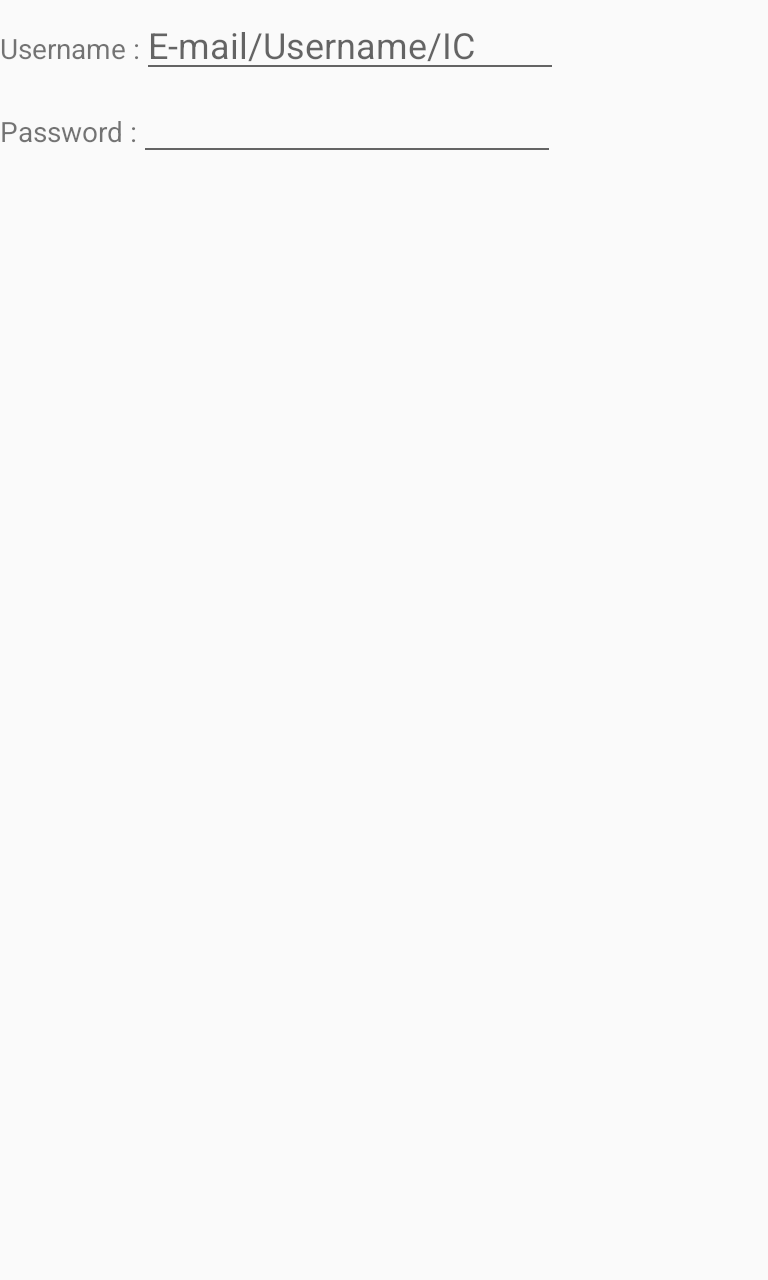
Repository: JodyCoolit/android
Layout: Delivery/res/layout/activity_signup.xml
These files come from the project's save history. The layout is drawn as it stood at one moment and after the next save; the edit follows.
It is drawn on a 768 x 1280 px phone screen (xhdpi) without system bars, with theme AppTheme; the app's code is not run.

Above is the layout before, as saved 2014-08-22 01:52:11.

After the next save:
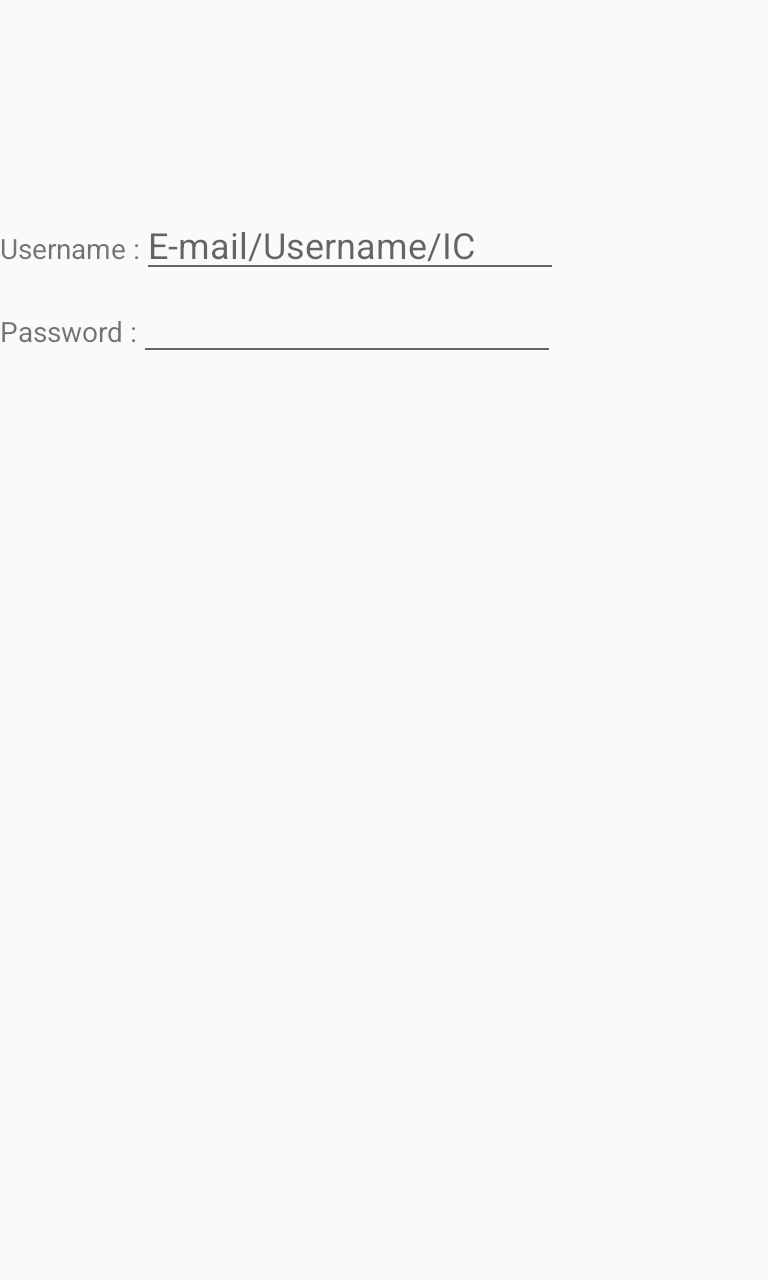
Saved 33 s later.
--- a/Delivery/res/layout/activity_signup.xml
+++ b/Delivery/res/layout/activity_signup.xml
@@ -7,6 +7,7 @@
 	    android:layout_width="match_parent"
    		android:layout_height="wrap_content"
 	    android:orientation="horizontal"
+	    android:layout_marginTop="100sp"
 	    >
 	    <TextView
         android:id="@+id/tv_signup_username"
